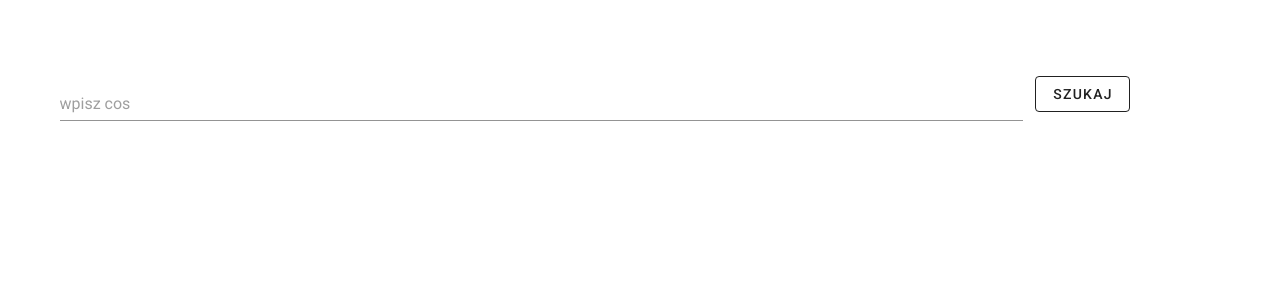
Repository: kq333/wyszukiwarka-filmow-seriali
Page: / (app in searchapp/)
The author's editor kept a copy of each file at every save. The page is drawn from the files as they stood at one save, then again after the next save.
The browser window is 1280 px wide. The pictures show the whole page.
The project was rebuilt for these pictures with package versions that can differ from the ones it lists, and the page was loaded fresh each time. Also part of the build but not shown: searchapp/vue.config.js, searchapp/src/views/Home.vue.

Above is the page before, as saved 2021-02-17 23:47:07.

After the next save:
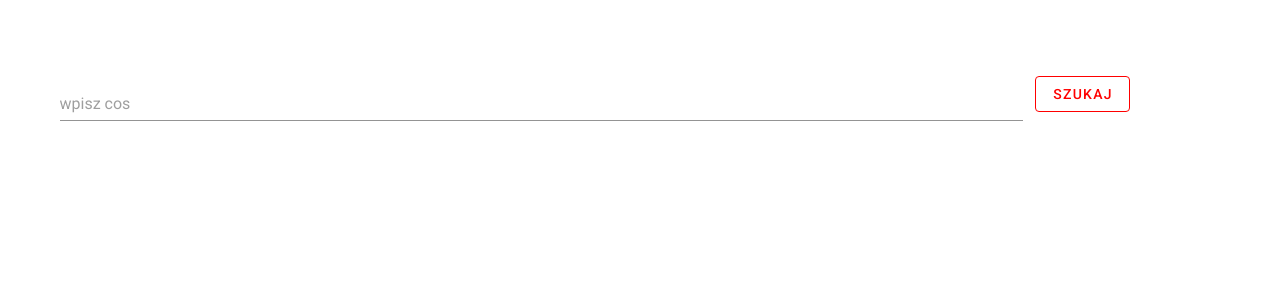
Saved 29 s later.
--- a/searchapp/src/components/HelloWorld.vue
+++ b/searchapp/src/components/HelloWorld.vue
@@ -136,6 +136,6 @@ this.input=''
 }
 
 #btn{
-  opacity: 2;
+  color:red;
 }
 </style>
